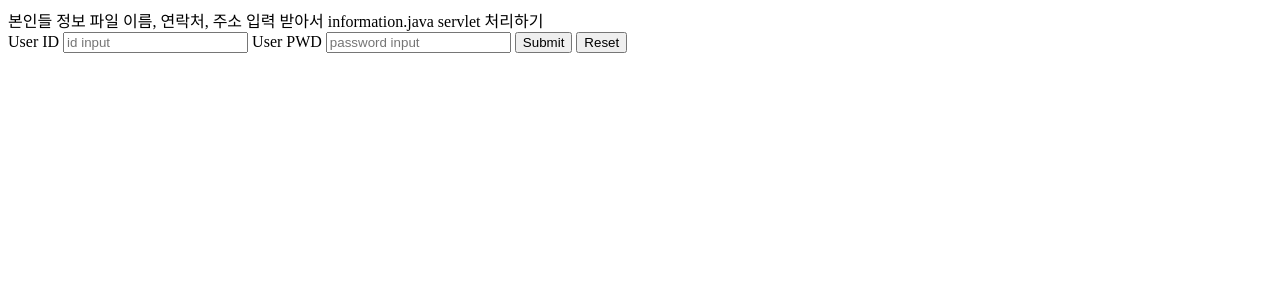
Repository: uhzoo0916/JSP_Servlet
Page: workspace/day54_servlet/WebContent/html/infoForm.html
These files come from the project's save history. The page is drawn as it stood at one moment and after the next save; the edit follows.
The browser window is 1280 px wide. The pictures show the whole page.

Above is the page before, as saved 2023-06-12 06:43:02.

After the next save:
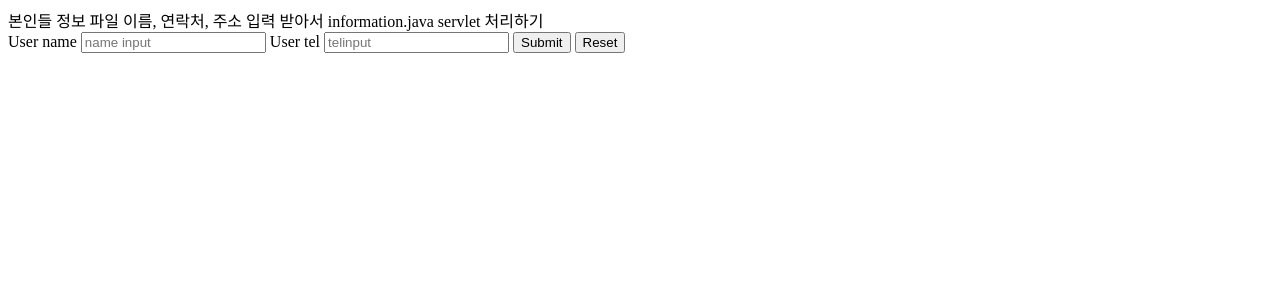
Saved 70 s later.
--- a/workspace/day54_servlet/WebContent/html/infoForm.html
+++ b/workspace/day54_servlet/WebContent/html/infoForm.html
@@ -9,13 +9,13 @@ information.java servlet 처리하기
 
 	<form action="../info" method="post" name = "frm">
 		<tr>
-			<td>User ID</td>
-			<td><input type="text" name="id" placeholder="id input"></td>
+			<td>User name</td>
+			<td><input type="text" name="name" placeholder="name input"></td>
 		</tr>
 
 		<tr>
-			<td>User PWD</td>
-			<td><input type="password" name="pwd" placeholder="password input"></td>
+			<td>User tel</td>
+			<td><input type="tel" name="tel" placeholder="telinput"></td>
 		</tr>
 
 		<tr>
